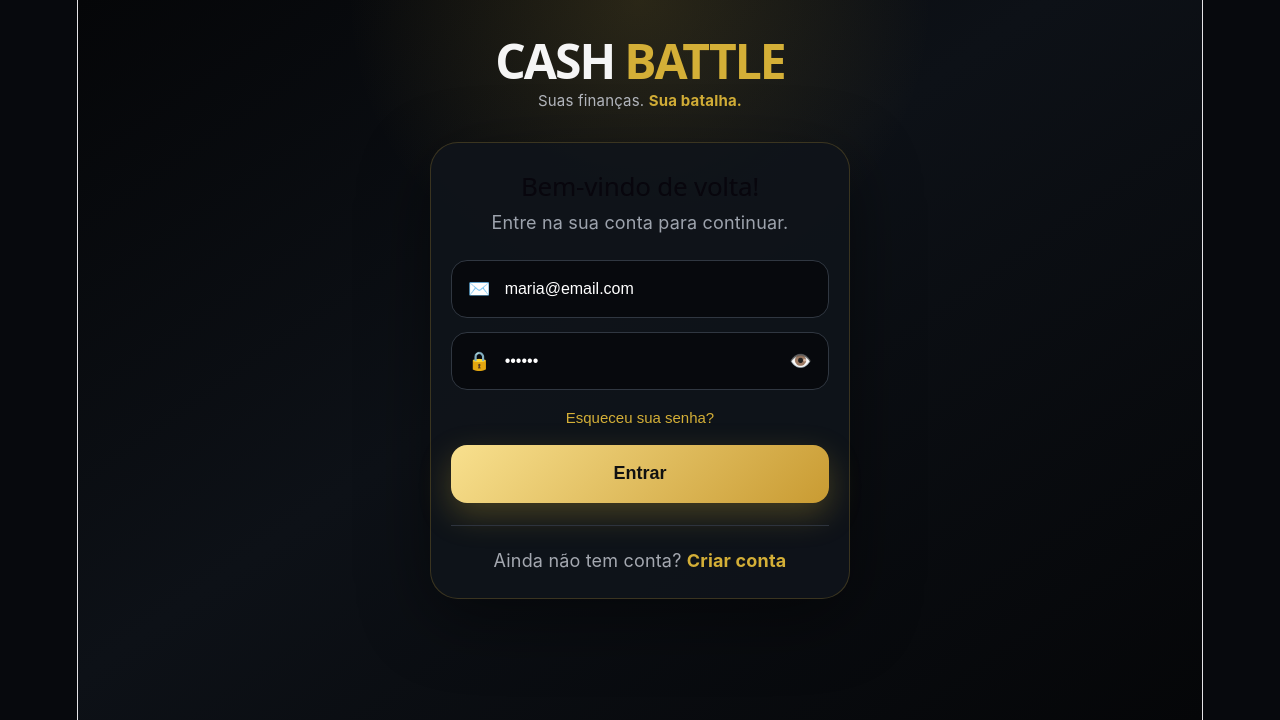
Repository: AxioDevStudio/CashBattle
Page: / (app in Frontend/)
An editor plug-in stored every save of this project. The page is shown before and after the next save, followed by the edit.
The browser window is 1280 px wide. The pictures show the whole page.
The project was rebuilt for these pictures with package versions that can differ from the ones it lists, and the page was loaded fresh each time. Also part of the build but not shown: Frontend/vite.config.js.

Above is the page before, as saved 2026-06-26 13:05:53.

After the next save:
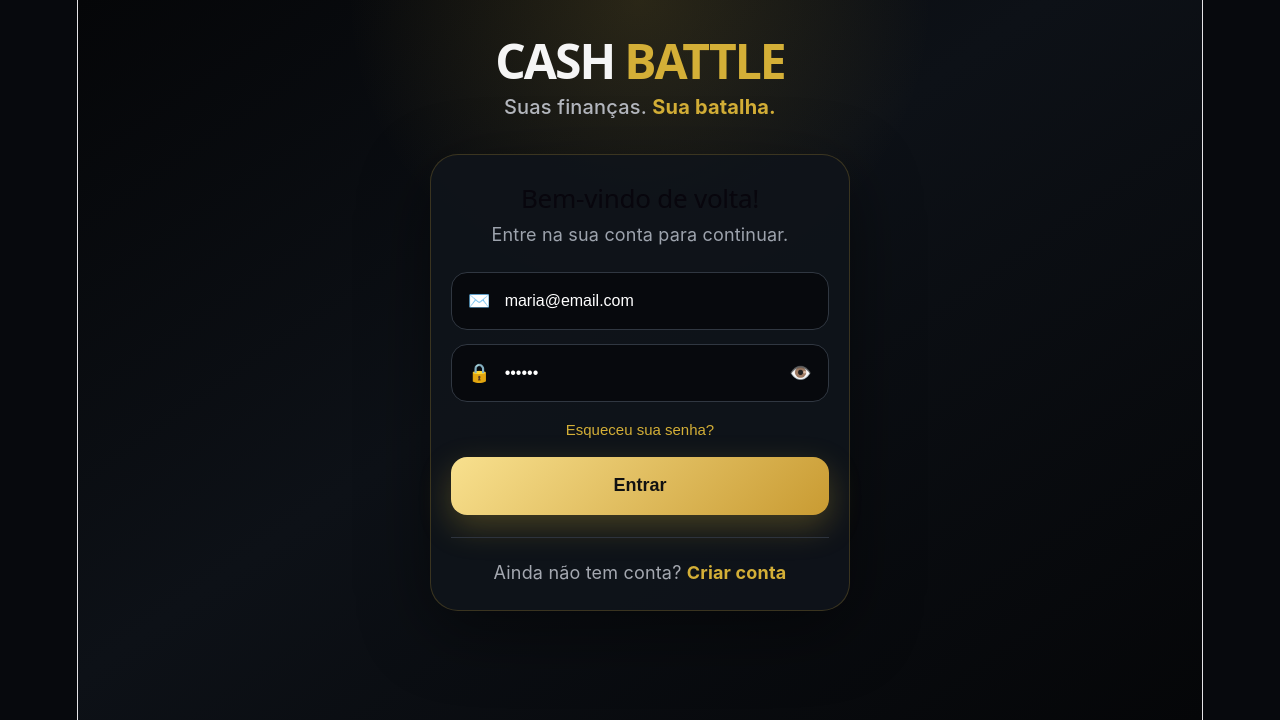
Saved 29 s later.
--- a/Frontend/src/styles/login.css
+++ b/Frontend/src/styles/login.css
@@ -60,9 +60,11 @@
 }
 
 .login-header p {
-    margin: 14px 0 28px;
+    margin: 18px 0 32px;
     color: #b5b8bf;
-    font-size: 15px;
+    font-size: 20px;
+    font-weight: 500;
+    line-height: 1.5;
 }
 
 .login-header strong {
